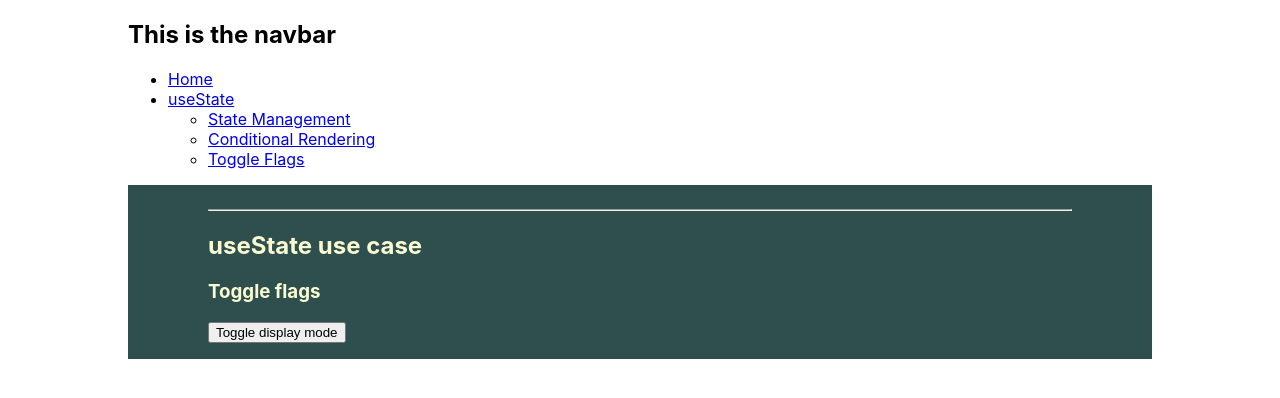
Repository: Colo-Codes/react-hooks-use-cases
Page: /usestate/toggle
The author's editor kept a copy of each file at every save. The page is drawn from the files as they stood at one save, then again after the next save.
The browser window is 1280 px wide. The pictures show the whole page.
The project was rebuilt for these pictures with package versions that can differ from the ones it lists, and the page was loaded fresh each time. Also part of the build but not shown: src/components/Home/Home.js, src/components/UseCaseUseState/UseCaseUseState.js, src/components/UseCaseUseState/UseCaseStateManagement.js, src/components/UseCaseUseState/UseCaseConditionalRender.js.

Above is the page before, as saved 2021-09-07 09:52:34.

After the next save:
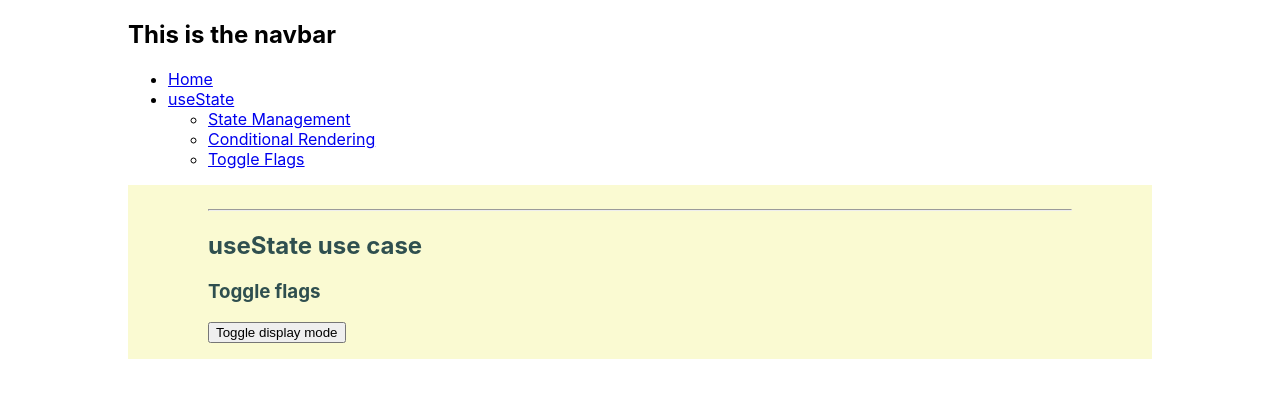
Saved 3 min 20 s later.
--- a/src/components/UseCaseUseState/UseCaseToggle.js
+++ b/src/components/UseCaseUseState/UseCaseToggle.js
@@ -2,7 +2,7 @@ import { useState } from 'react';
 import classes from './UseCaseToggle.module.css';
 
 const UseCaseToggle = props => {
-    const [mode, setMode] = useState(false);
+    const [mode, setMode] = useState(true);
 
     // Use setState function form because the new state depends on the previous one
     const clickHandler = () => {
